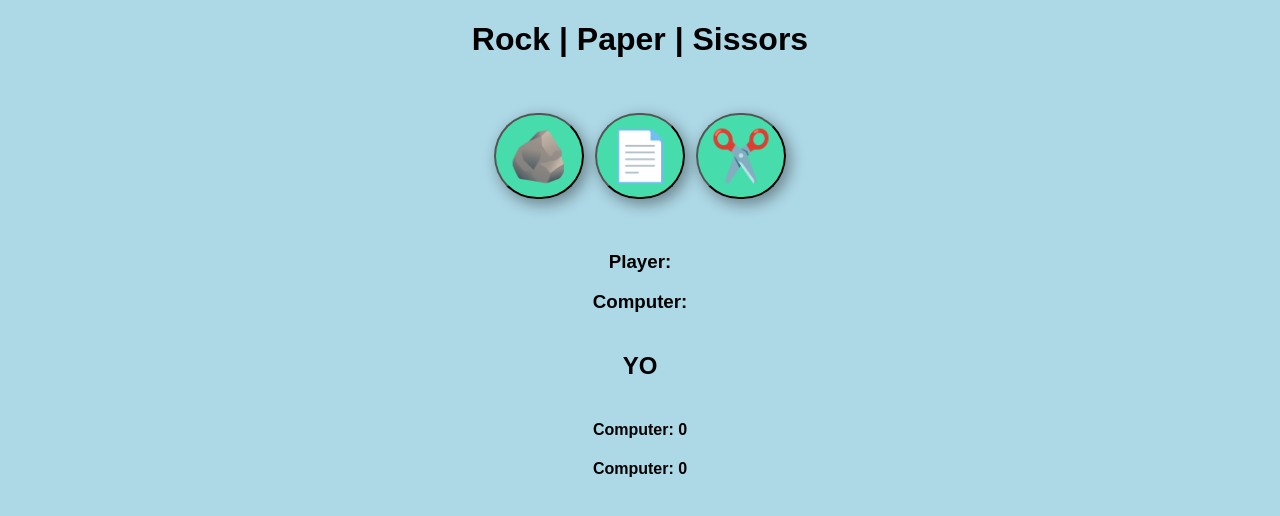
Repository: SakthivelDurai47/Rock-Paper-Sissors
Page: index.html
An editor plug-in stored every save of this project. The page is shown before and after the next save, followed by the edit.
The browser window is 1280 px wide. The pictures show the whole page.

Above is the page before, as saved 2025-04-14 22:20:20.

### index.html
<!DOCTYPE html>
<html lang="en">
  <head>
    <meta charset="UTF-8" />
    <meta name="viewport" content="width=device-width, initial-scale=1.0" />
    <title>Rock, Paper, Scissor</title>
    <meta name="aurthor" content="Sakthivel Durai S" />
    <link rel="stylesheet" href="styles.css" />
  </head>
  <body>
    <h1>Rock | Paper | Sissors</h1>
    <div id="choice">
      <button onclick="playGame('Rock')">🪨</button>
      <button onclick="playGame('Paper')">📄</button>
      <button onclick="playGame('Scissor')">✂️</button>
    </div>
    <div id="info">
      <h3>Player:</h3>
      <h3>Computer:</h3>
    </div>
    <h2 id="result">YO</h2>
    <div id="scores">
      <h4>Computer: <span id="scorePlr">0</span></h4>
      <h4>Computer: <span id="scoreCum">0</span></h4>
    </div>
    <script src="index.js"></script>
  </body>
</html>

### styles.css
body {
  margin: 0;
  font-family: Arial, sans-serif;
  display: flex;
  flex-direction: column;
  align-items: center;
  text-align: center;
  background-color: lightblue;
}
#choice {
  margin: 30px;
}
button {
  border-radius: 300px;
  font-size: 50px;
  padding: 12px;
  margin: 3px;
  background-color: hsla(160, 70%, 55%, 0.9);
  box-shadow: 4px 5px 15px rgba(0, 3, 3, 0.4);
  transition: background-color 0.5s ease;
  cursor: pointer;
}
button:hover {
  background-color: turquoise;
  scale: 110%;
}

Loaded but not shown: index.js (no copy from this time; the picture is the same without it)

After the next save:
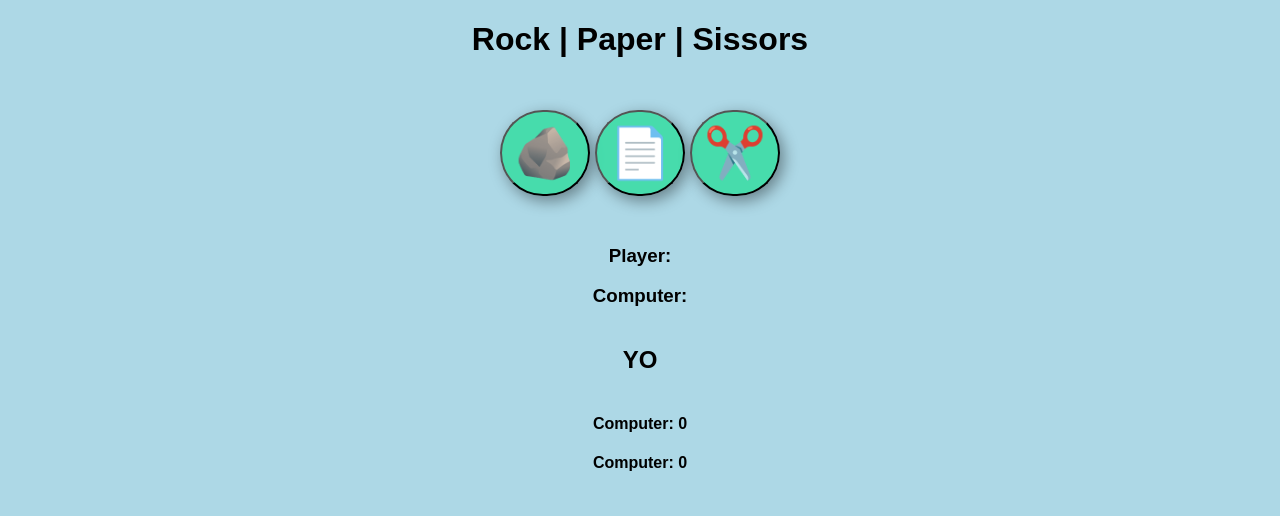
Saved 15 s later.
--- a/styles.css
+++ b/styles.css
@@ -14,7 +14,7 @@
   border-radius: 300px;
   font-size: 50px;
   padding: 12px;
-  margin: 3px;
+  margin: ;
   background-color: hsla(160, 70%, 55%, 0.9);
   box-shadow: 4px 5px 15px rgba(0, 3, 3, 0.4);
   transition: background-color 0.5s ease;

After the save that followed:
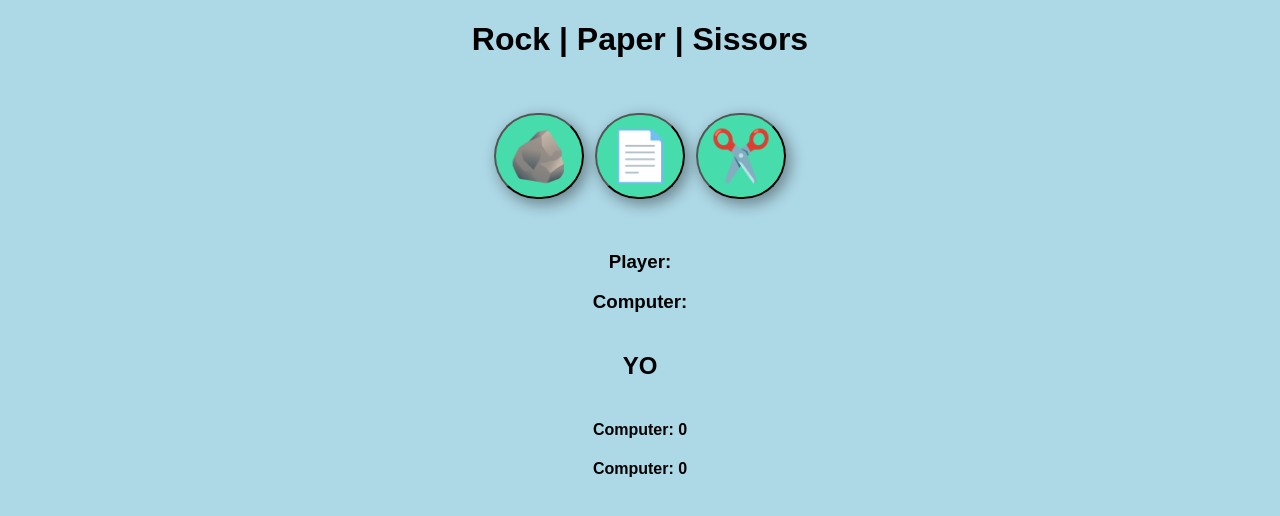
Saved 4 s later.
--- a/styles.css
+++ b/styles.css
@@ -14,7 +14,7 @@
   border-radius: 300px;
   font-size: 50px;
   padding: 12px;
-  margin: ;
+  margin: 3px;
   background-color: hsla(160, 70%, 55%, 0.9);
   box-shadow: 4px 5px 15px rgba(0, 3, 3, 0.4);
   transition: background-color 0.5s ease;
